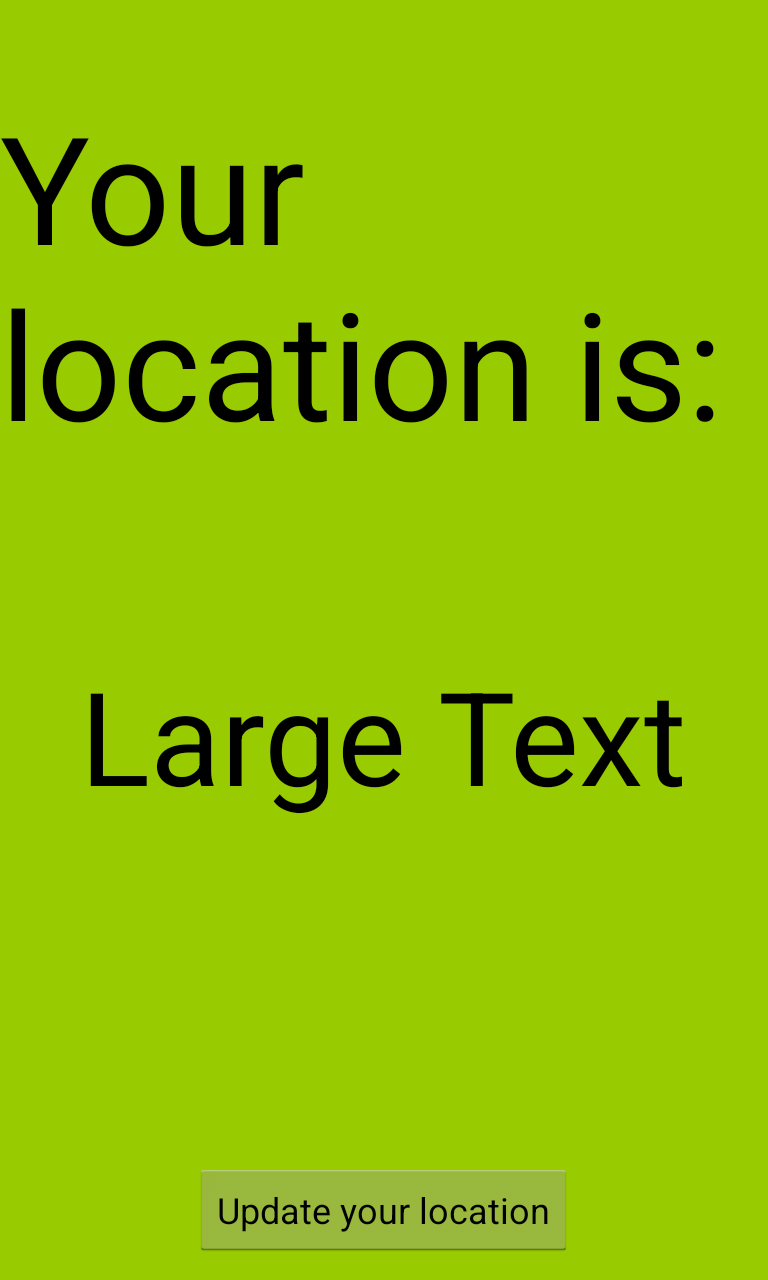
Repository: yasith/OnlyLocal
Layout: Only Local/res/layout/activity_start.xml
These files come from the project's save history. The layout is drawn as it stood at one moment and after the next save; the edit follows.
It is drawn on a 768 x 1280 px phone screen (xhdpi) without system bars, with theme AppTheme; the app's code is not run.

Above is the layout before, as saved 2012-07-25 17:46:25.

After the next save:
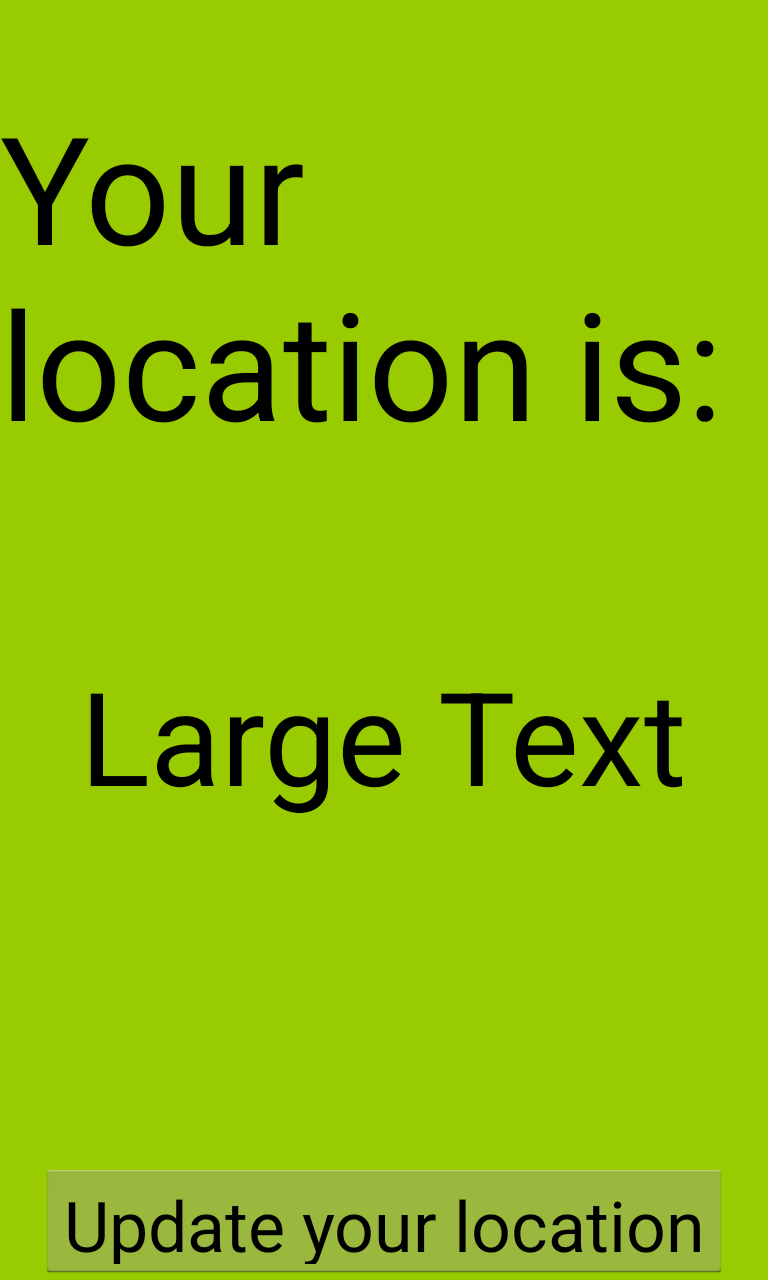
Saved 2 min 56 s later.
--- a/Only Local/res/layout/activity_start.xml
+++ b/Only Local/res/layout/activity_start.xml
@@ -33,6 +33,7 @@
         android:layout_below="@+id/textView2"
         android:layout_centerHorizontal="true"
         android:layout_marginTop="170dp"
+        android:textSize="35dp"
         android:onClick="updateLocation"
         android:text="@string/change" />
 
